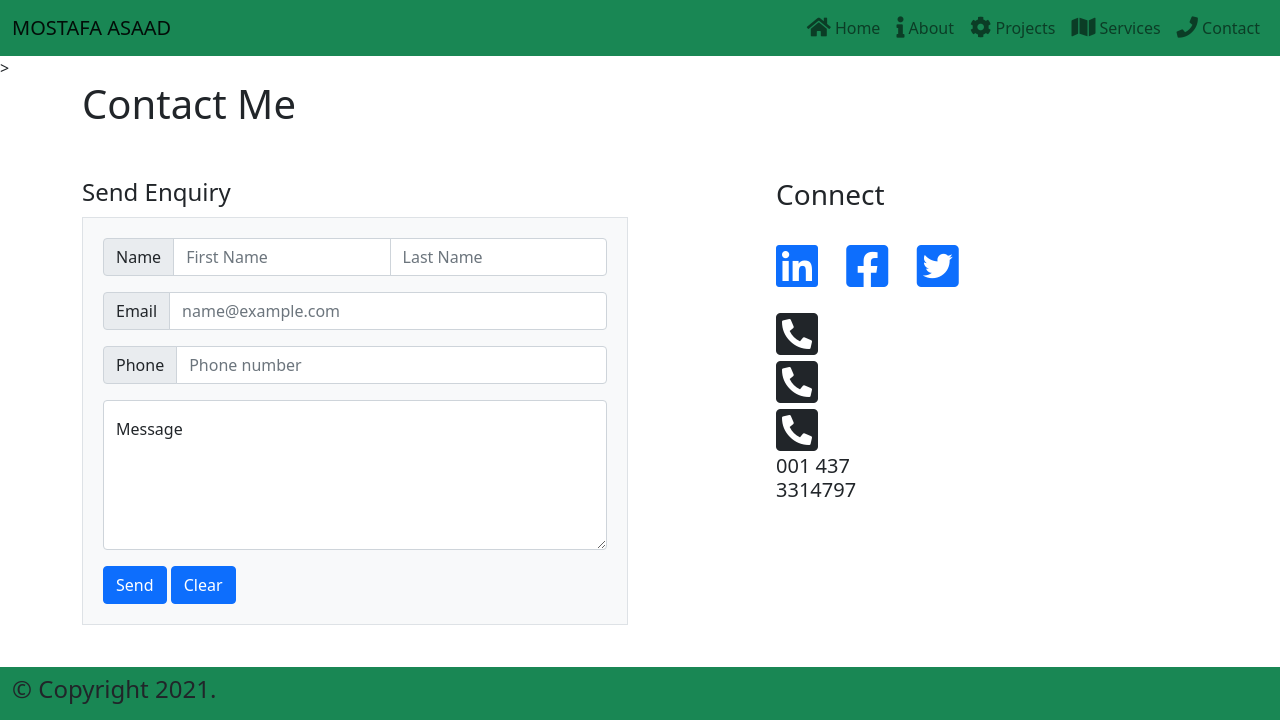
Repository: Mostafa-Asaad/Portfolio
Page: http://localhost/contact
These files come from the project's save history. The page is drawn as it stood at one moment and after the next save; the edit follows.
The browser window is 1280 px wide. The pictures show the whole page.
The page is served by the project's Node server (index.js). Other server files are loaded and not shown.

Above is the page before, as saved 2021-06-04 17:08:32.

### Server/Views/index.ejs
<!DOCTYPE html>
<html lang="en">
<head>
  <meta charset="UTF-8">
  <meta http-equiv="X-UA-Compatible" content="IE=edge">
  <meta name="viewport" content="width=device-width, initial-scale=1.0">
  <title><%= title %></title>
  <!-- CSS Section -->
  <link rel="stylesheet" href="/bootstrap/dist/css/bootstrap.min.css">
  <link rel="stylesheet" href="/@fortawesome/fontawesome-free/css/all.min.css">
  <link rel="stylesheet" href="/Content/app.css">
</head>
<body>
  <!-- Navigation Section -->
 <header>
  <%- include('./components/header.ejs') %>
 </header>

  <!--Main Content-->>
  <main>
    <%- include('./content/' + page + '.ejs') %>
  </main>

  <!-- Bottom Nav -->
  <footer>
    <%- include('./components/footer.ejs') %>
  </footer>

  <!-- JavaScript Section -->
  <script src="/jquery/dist/jquery.min.js"></script>
  <script src="/bootstrap/dist/js/bootstrap.min.js"></script>
  <script src="/Scripts/app.js"></script>
</body>
</html>

### Server/Views/components/header.ejs
<nav class="navbar navbar-expand-lg navbar-light bg-success">
    <div class="container-fluid">
      <a class="navbar-brand" href="#">MOSTAFA ASAAD</a>
      <button class="navbar-toggler" type="button" data-bs-toggle="collapse" data-bs-target="#navbarSupportedContent" aria-controls="navbarSupportedContent" aria-expanded="false" aria-label="Toggle navigation">
        <span class="navbar-toggler-icon"></span>
      </button>
      <div class="collapse navbar-collapse" id="navbarSupportedContent">
        <ul class="navbar-nav ms-auto mb-2 mb-lg-0">
          <li class="nav-item">
            <a class="nav-link" href="/home"><i class="fas fa-home fa-lg"></i> Home</a>
          </li>
          <li class="nav-item">
            <a class="nav-link" href="/about"><i class="fas fa-info fa-lg"></i> About</a>
          </li>
          <li class="nav-item">
            <a class="nav-link" href="/projects"><i class="fas fa-cog fa-lg"></i> Projects</a>
          </li>
          <li class="nav-item">
            <a class="nav-link" href="/services"><i class="fas fa-map fa-lg"></i> Services</a>
          </li>
          <li class="nav-item">
            <a class="nav-link" href="/contact"><i class="fas fa-phone fa-lg"></i> Contact</a>
          </li>
        </ul>
      </div>
    </div>
  </nav>

### Server/Views/content/contact.ejs

<!-- Page Title -->
<div class="container" style= "margin-bottom:50px;" >
  <h1>Contact Me</h1>
</div>

<!-- Message form -->

<div class="container">
  <div class="row align-items-start">
    <div class="col-6">
      <div style= "margin-bottom:10px;">
       <h4>Send Enquiry</h4>
      </div>
      <div class="col border border-bottom rounded-lg bg-light">
       <div style= "margin:20px;">
    <!-- First and last name -->
          <div class="input-group mb-3"  >
            <span class="input-group-text">Name</span>
            <input type="text" placeholder="First Name" aria-label="First name" class="form-control">
            <input type="text" placeholder="Last Name" aria-label="Last name" class="form-control">
          </div>
    <!-- email Form -->
          <div class="input-group flex-nowrap mb-3">
            <span class="input-group-text" id="addon-wrapping">Email</span>
            <input type="text" class="form-control" placeholder="name@example.com" aria-label="email address" aria-describedby="addon-wrapping">
           </div>
    <!-- Phone number -->
          <div class="input-group mb-3">
            <span class="input-group-text" id="inputGroup-sizing-default">Phone</span>
            <input type="text" placeholder="Phone number" class="form-control" aria-label="Sizing example input" aria-describedby="inputGroup-sizing-default">
          </div>
    <!-- Comments -->
          <div class="form-floating mb-3">
            <textarea class="form-control" placeholder="Leave a comment here" id="floatingTextarea2" style="height: 150px"></textarea>
            <label for="floatingTextarea2">Message</label>
          </div>
    <!-- Click Buttons -->
          <input class="btn btn-primary" type="submit" value="Send" >
          <input class="btn btn-primary" type="submit" value="Clear" >
        </div>
      </div>
    </div>
  <!-- Connect Buttons -->
    <div class="col">
      <div class="container-fluid ">
        <div style= "margin-left:100px;">
          <div style= "margin-bottom:30px;">
            <h3>Connect</h3>
          </div>
          <div class="row align-items-start" style= "margin-bottom:20px;">
            <div class="col-2">
              <a class="link" href="https://www.linkedin.com/in/mostafa-asaad/"><i class="fab fa-linkedin fa-3x"></i></a>
            </div>
            <div class="col-2">
              <a class="link" href="https://www.facebook.com/"><i class="fab fa-facebook-square fa-3x"></i></a>
            </div>
            <div class="col-2">
              <a class="link" href="https://twitter.com/Moe_Asd"><i class="fab fa-twitter-square fa-3x"></i></a>
            </div>
          </div>
          <div class="row align-items-start" style= "margin-bottom:20px;">
          <div class="col-3 margin-bottom:30px">
          <i class="fas fa-phone-square-alt fa-3x">
          </div>
          <div class="col-3 margin-bottom:30px">
          </i><h5>001 437 3314797</h5>
          </div>
          </div>
        </div>
      </div>
    </div>
  </div>
 </div>

### Server/Views/components/footer.ejs
<nav class="navbar fixed-bottom navbar-success bg-success">
    <div class="container-fluid">
      <h4>&copy; Copyright 2021.</h4>
    </div>
  </nav>

### index.js
#!/usr/bin/env node
"use strict";
var __importDefault = (this && this.__importDefault) || function (mod) {
    return (mod && mod.__esModule) ? mod : { "default": mod };
};
Object.defineProperty(exports, "__esModule", { value: true });
const app_1 = __importDefault(require("./Server/Config/app"));
const debug_1 = __importDefault(require("debug"));
debug_1.default('week-4d:server');
const http_1 = __importDefault(require("http"));
let port = normalizePort(process.env.PORT || '3000');
app_1.default.set('port', port);
let server = http_1.default.createServer(app_1.default);
server.listen(port);
server.on('error', onError);
server.on('listening', onListening);
function normalizePort(val) {
    let port = parseInt(val, 10);
    if (isNaN(port)) {
        return val;
    }
    if (port >= 0) {
        return port;
    }
    return false;
}
function onError(error) {
    if (error.syscall !== 'listen') {
        throw error;
    }
    var bind = typeof port === 'string'
        ? 'Pipe ' + port
        : 'Port ' + port;
    switch (error.code) {
        case 'EACCES':
            console.error(bind + ' requires elevated privileges');
            process.exit(1);
            break;
        case 'EADDRINUSE':
            console.error(bind + ' is already in use');
            process.exit(1);
            break;
        default:
            throw error;
    }
}
function onListening() {
    let addr = server.address();
    let bind = typeof addr === 'string'
        ? 'pipe ' + addr
        : 'port ' + addr.port;
    debug_1.default('Listening on ' + bind);
}
//# sourceMappingURL=index.js.map

### Server/Routes/index.js
"use strict";
var __importDefault = (this && this.__importDefault) || function (mod) {
    return (mod && mod.__esModule) ? mod : { "default": mod };
};
Object.defineProperty(exports, "__esModule", { value: true });
const express_1 = __importDefault(require("express"));
const router = express_1.default.Router();
exports.default = router;
router.get('/', function (req, res, next) {
    res.render('index', { title: 'Home', page: 'home' });
});
router.get('/home', function (req, res, next) {
    res.render('index', { title: 'Home', page: 'home' });
});
router.get('/about', function (req, res, next) {
    res.render('index', { title: 'About Us', page: 'about' });
});
router.get('/projects', function (req, res, next) {
    res.render('index', { title: 'Our Projects', page: 'projects' });
});
router.get('/services', function (req, res, next) {
    res.render('index', { title: 'Our Services', page: 'services' });
});
router.get('/contact', function (req, res, next) {
    res.render('index', { title: 'Contact Us', page: 'contact' });
});
//# sourceMappingURL=index.js.map

### Client/Content/app.css
/* your custom css goes here */

### Client/Scripts/app.js
"use strict";
(function () {
    function Start() {
        console.log("App Started");
    }
    window.addEventListener("load", Start);
})();
//# sourceMappingURL=app.js.map

After the next save:
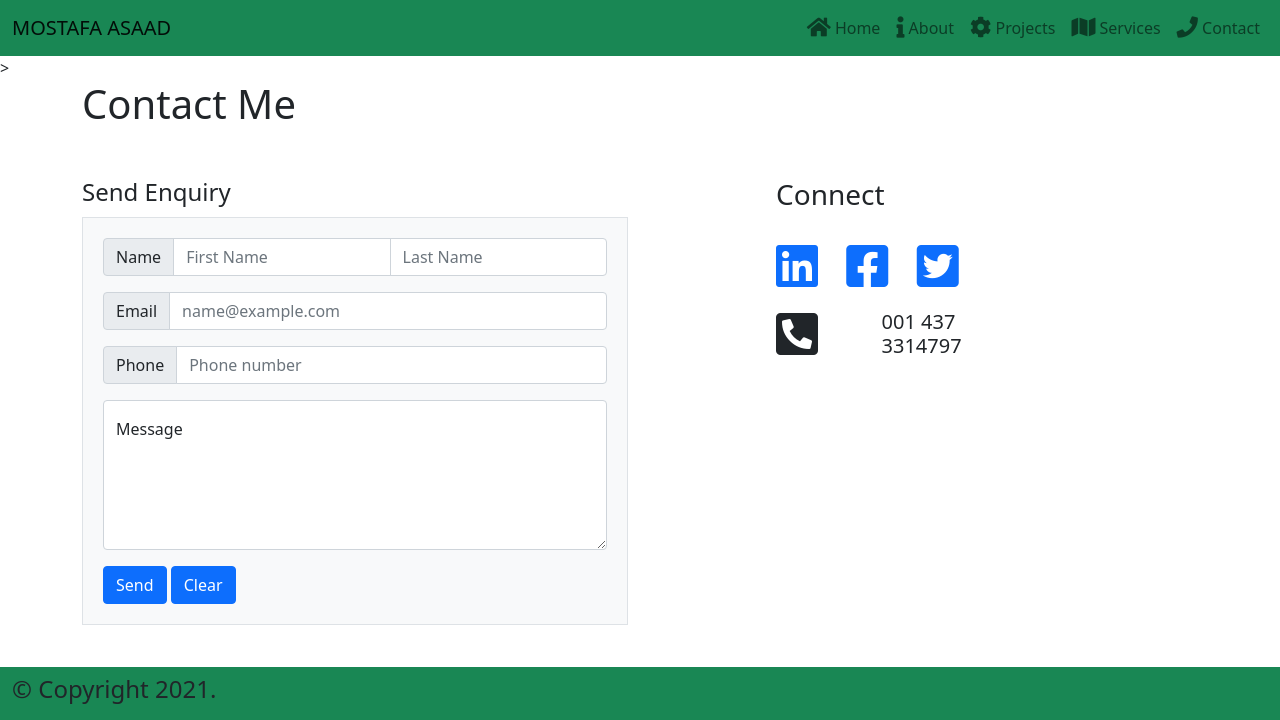
Saved 38 s later.
--- a/Server/Views/content/contact.ejs
+++ b/Server/Views/content/contact.ejs
@@ -60,12 +60,12 @@
             </div>
           </div>
           <div class="row align-items-start" style= "margin-bottom:20px;">
-          <div class="col-3 margin-bottom:30px">
-          <i class="fas fa-phone-square-alt fa-3x">
-          </div>
-          <div class="col-3 margin-bottom:30px">
-          </i><h5>001 437 3314797</h5>
-          </div>
+            <div class="col-3 margin-bottom:30px">
+              <i class="fas fa-phone-square-alt fa-3x"></i>
+            </div>
+            <div class="col-3 margin-bottom:30px">
+              <h5>001 437 3314797</h5>
+            </div>
           </div>
         </div>
       </div>
